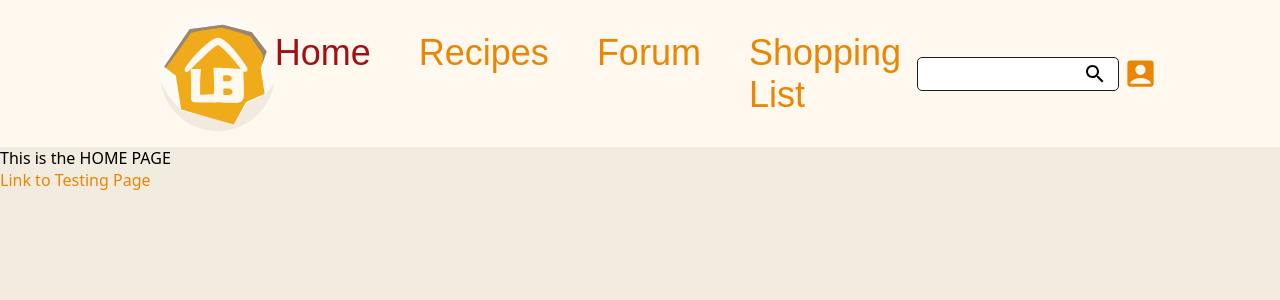
Repository: Ktan61/lutong_bahay
Page: /
An editor plug-in stored every save of this project. The page is shown before and after the next save, followed by the edit.
The browser window is 1280 px wide. The pictures show the whole page.
Some web fonts or font styles are not loaded; a fallback is used. The project was rebuilt for these pictures with package versions that can differ from the ones it lists, and the page was loaded fresh each time. Also part of the build but not shown: vite.config.js, src/styles/Testing.module.css, src/pages/Testing.jsx, src/components/RecipesCard/RecipesCard.module.css, src/components/RecipesCard/index.jsx, src/pages/Recipes.jsx, src/styles/Sinigang.module.css, src/pages/Sinigang.jsx and 14 more.

Above is the page before, as saved 2024-10-20 12:02:58.

### src/main.jsx
// main.jsx
import * as React from "react";
import * as ReactDOM from "react-dom/client";
import App from "./App";
import Testing from "./pages/Testing";
import Recipes from "./pages/Recipes";
import Sinigang from "./pages/Sinigang";
import Forum from "./pages/Forum";
import ShoppingList from "./pages/ShoppingList";
import {
  createBrowserRouter,
  RouterProvider,
} from "react-router-dom";
import "./index.css";

const router = createBrowserRouter([
  {
    path: "/",
    element: <App />,
  },
  {
    path: "/testing",
    element: <Testing />,
  },
  {
    path: "/forum",
    element: <Forum />,
  },
  {
    path: "/recipes",
    element: <Recipes />,
  },
  {
    path: "/sinigang",
    element: <Sinigang />,
  },
  {
    path: "/shoppinglist",
    element: <ShoppingList />,
  },
]);

ReactDOM.createRoot(document.getElementById("root")).render(
  <React.StrictMode>
    <RouterProvider router={router} />
  </React.StrictMode>
);

### src/App.jsx
import './App.css';
import Header from './components/Header';
import '@fontsource/koulen';

function App() {

  return (
    <div className='app'>
      <Header />
      This is the HOME PAGE
      <br />
      <a href={`/Testing`}>Link to Testing Page</a>
    </div>
  )
}

export default App

### src/App.css
:root {
  --black: #1A1D1A;
  --red: #A11015;
  --orange: #E98704;
  --yellow: #F0AB1A;
  --blue: #10254E;
  --cream: #FEF8EF;
}

* {
  margin: 0;
  padding: 0;
}

/*Fonts*/
@import url('https://fonts.googleapis.com/css2?family=Berkshire+Swash&family=Figtree:ital,wght@0,300..900;1,300..900&display=swap');

h1 {
  font-family: 'Berkshire Swash', cursive;
  font-weight: 100;
}

body {
  font-family: 'Koulen', system-ui;
}














/*
#root {
  max-width: 1280px;
  margin: 0 auto;
  padding: 2rem;
  text-align: center;
}

.logo {
  height: 6em;
  padding: 1.5em;
  will-change: filter;
  transition: filter 300ms;
}
.logo:hover {
  filter: drop-shadow(0 0 2em #646cffaa);
}
.logo.react:hover {
  filter: drop-shadow(0 0 2em #61dafbaa);
}

@keyframes logo-spin {
  from {
    transform: rotate(0deg);
  }
  to {
    transform: rotate(360deg);
  }
}

@media (prefers-reduced-motion: no-preference) {
  a:nth-of-type(2) .logo {
    animation: logo-spin infinite 20s linear;
  }
}

.card {
  padding: 2em;
}

.read-the-docs {
  color: #888;
}
*/

### src/components/Header/index.jsx
import styles from './Header.module.css'
import SearchIcon from '@mui/icons-material/Search';
import AccountBox from '@mui/icons-material/AccountBox';
import Navigation from '../Navigation/index.jsx';
import '@fontsource/berkshire-swash';
import '@fontsource/roboto';

export default function Header() {
    return (
        <>
        <div className={styles.header}>
            <img src={'/LH_templogo.svg'} alt={'lutong bahay temporary logo'} width={115} height={115} className={styles.logo} />
            <Navigation />
            <div className={styles.search}>
                <input type="text" />
                <SearchIcon fontSize="medium"/>
                <AccountBox className={styles.personIcon} fontSize='large'/>
            </div>
        </div>
        </>
    )
}

### src/styles/Recipes.module.css
body {
    background-color: #F2EBE0;
   }

.recipes {
    padding: 20px;
    margin: 16px 240px 0px 240px;
    padding-bottom: 32px;
}

.name {
    font-size: 80px;
    margin-top: 0px;
    margin-bottom: 10;
    color: #A11015;
}

.feature {
    display: flex;
    justify-content: space-between;
    align-items: stretch;
    align-content: center;
}

.textSection {
    flex: 1;
    background-color: #F0AB1A;
    display: flex;
    flex-direction: column;
    justify-content: center;
    padding: 30px;
    color: black;
}

.imageSection {
    flex: 1;
    display: flex;
    align-items: center;
}

.featureImage {
    width: 100%;
    height: 100%;
    object-fit: cover;
}

.viewRecipe {
    margin-top: 10px;
    padding: 10px 20px;
    background-color: #A11015;
    color: white;
    border: none;
    border-radius: 20px;
    cursor: pointer;
    font-weight: bold;
    width: 125px;
    align-self: right;
}

.viewRecipe:hover {
    background-color: #8F080D;
}

.recipesGrid {
    display: grid;
    grid-template-columns: repeat(4, 1fr);
    gap: 16px;
    padding: 16px;
}

.headingCat {
    color: #10254E;
    margin-top: 50px;
    text-align: center;
}

### src/components/Header/Header.module.css
.header {
    display: flex;
    justify-content: space-between;
    align-items: center;
    background-color: var(--cream);
    padding: 1rem 12.5% 1rem 12.5%;
}

.header h1 {
    width: 70%;
    text-align: center;
    color: var(--yellow);
}

.header .spacer {
    width: 20%;
}

.header .search {
    display: flex;
    justify-content: space-between;
    align-items: center;
    max-width: 200px;
    height: 2rem;
    margin: 0 1rem;
    background-color: white;
    border: var(--black) 1px solid;
    border-radius: 5px;
}

.search input {
    border: none;
    outline: none;
    background: transparent;
    padding-left: 10px;
    margin: 0;
    height: 1.3rem;
    width: 155px;
}

.personIcon {
    margin-left: 1rem;
    color: var(--orange);
}

### src/components/Navigation/index.jsx
import styles from './Navigation.module.css';
import { useLocation } from 'react-router-dom';
import '@fontsource/berkshire-swash';
import '@fontsource/roboto';
import '@fontsource/koulen';

export default function Navigation() {
    const location = useLocation();

    return (
        <div className={styles.navigation}>
            <ul className={styles.linksList}>
                <a href={`/`} className={location.pathname === "/" ? styles.active : ""}>Home</a>
                <a href={`/recipes`} className={location.pathname === "/recipes" ? styles.active : ""}>Recipes</a>
                <a href={`/forum`} className={location.pathname === "/forum" ? styles.active : ""}>Forum</a>
                <a href={`/shoppinglist`} className={location.pathname === "/shoppinglist" ? styles.active : ""}>Shopping List</a>
            </ul>
        </div>
    )
}

### src/components/Navigation/Navigation.module.css
.navigation {
    display: flex;
    justify-content: center;
    align-items: center;
    height: 2rem;
}

.linksList {
    display: flex;
    justify-content: space-between;
    font-family: 'Koulen', sans-serif;
    font-size: 36px;
    gap: 3rem;
}

a {
    color: var(--orange);
    text-decoration: none;
}

a.active {
    color: var(--red);
    text-decoration: none;
}

Loaded but not shown: index.html (common file); src/index.css (common file)

After the next save:
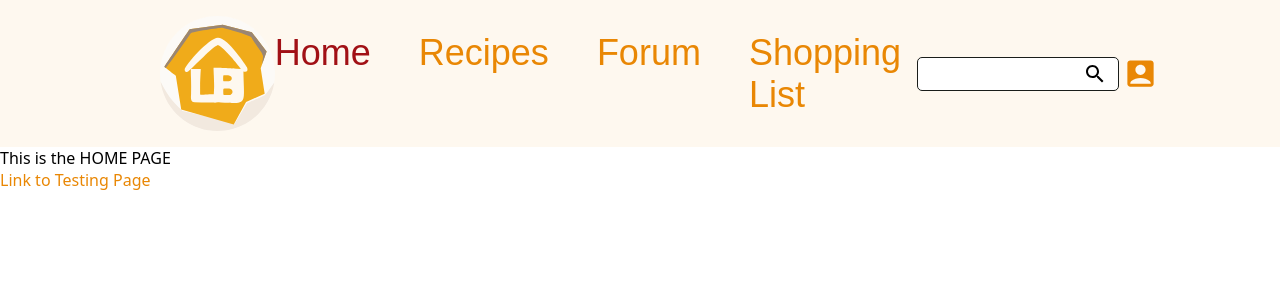
Saved 26 s later.
--- a/src/styles/Recipes.module.css
+++ b/src/styles/Recipes.module.css
@@ -1,4 +1,4 @@
-body {
+.body {
     background-color: #F2EBE0;
    }
 
